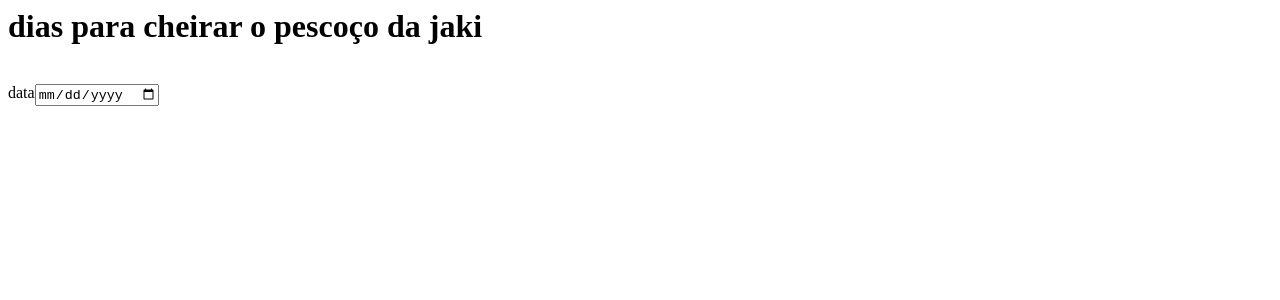
Repository: Danieloliver11/S.O.S-HUMANIDADE-BACK-END
Page: ACSocioambiental/eventoapp/src/main/resources/templates/index.html
An editor plug-in stored every save of this project. The page is shown before and after the next save, followed by the edit.
The browser window is 1280 px wide. The pictures show the whole page.

Above is the page before, as saved 2021-04-01 21:49:57.

### ACSocioambiental/eventoapp/src/main/resources/templates/index.html
<html>

<body>
<h1>dias para cheirar o pescoço da jaki </h1>
<form method="post">

</br>data<input type ="date">

</body>

</html>

After the next save:
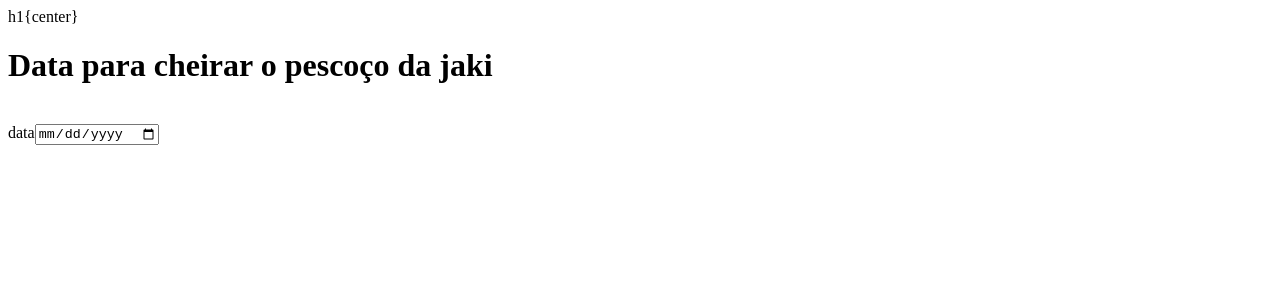
Saved 113 s later.
--- a/ACSocioambiental/eventoapp/src/main/resources/templates/index.html
+++ b/ACSocioambiental/eventoapp/src/main/resources/templates/index.html
@@ -1,7 +1,9 @@
 <html>
-
+<header>
+	h1{center}
+</header>
 <body>
-<h1>dias para cheirar o pescoço da jaki </h1>
+<h1>Data para cheirar o pescoço da jaki </h1>
 <form method="post">
 
 </br>data<input type ="date">
